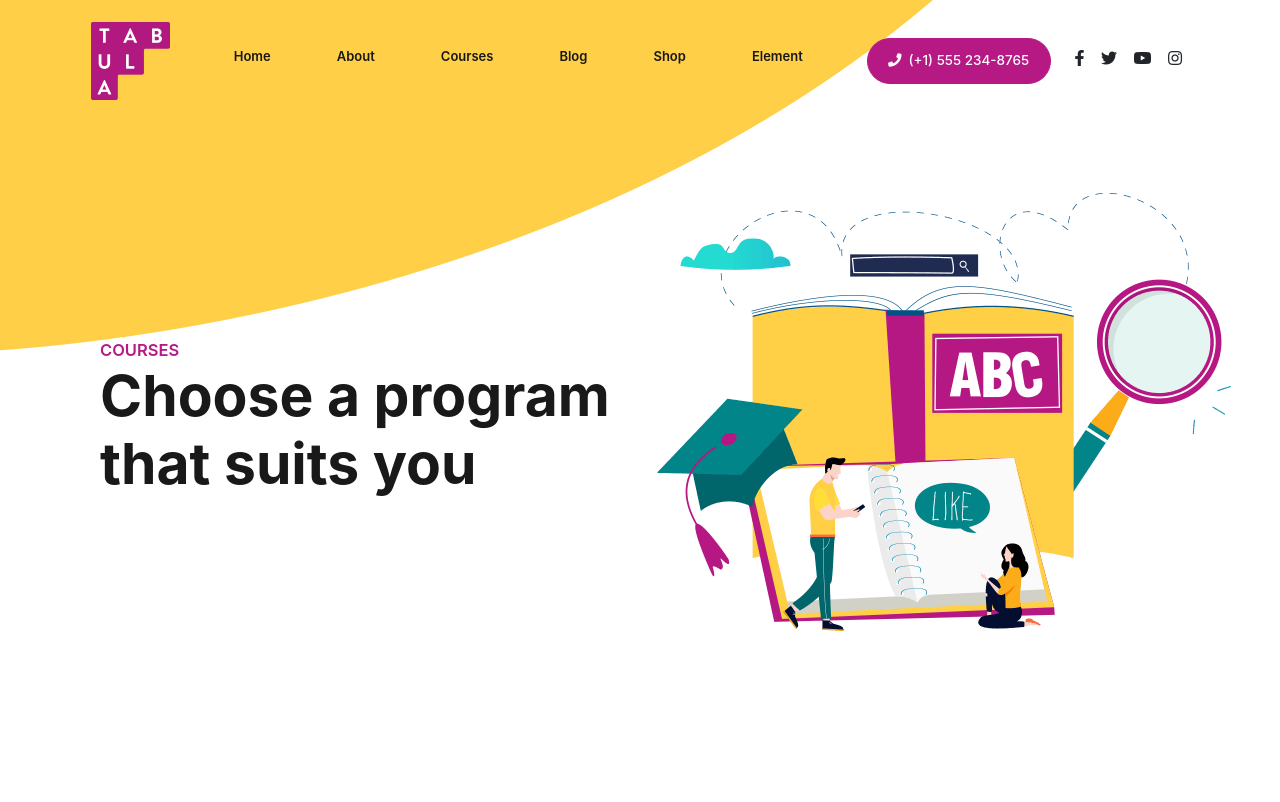
Repository: Khanh1234-glitch/TruongNguyenBaoKhanh_BC22_assignment__tabula
Page: Tabula/index.html
The author's editor kept a copy of each file at every save. The page is drawn from the files as they stood at one save, then again after the next save.
The browser window is 1280 px wide. The pictures show the whole page.
The style sheet was rebuilt from its Sass, Less or Tailwind sources for each picture, by a compiler version that may differ from the author's.

Above is the page before, as saved 2022-04-16 09:51:27.

### Tabula/index.html
<!doctype html>
<html lang="en">

<head>
    <title>Title</title>
    <!-- Required meta tags -->
    <meta charset="utf-8">
    <meta name="viewport" content="width=device-width, initial-scale=1, shrink-to-fit=no">
    <!-- link css -->
    <link rel="stylesheet" href="./css/style.css">
    <!-- link fontawesome -->
    <link rel="stylesheet" href="https://cdnjs.cloudflare.com/ajax/libs/font-awesome/5.15.4/css/all.min.css">
    <!-- Bootstrap CSS -->
    <link rel="stylesheet" href="https://stackpath.bootstrapcdn.com/bootstrap/4.3.1/css/bootstrap.min.css" integrity="sha384-ggOyR0iXCbMQv3Xipma34MD+dH/1fQ784/j6cY/iJTQUOhcWr7x9JvoRxT2MZw1T" crossorigin="anonymous">
</head>

<body>
    <header>
        <nav class="navbar container navbar-expand-md navbar-dark">
            <!-- Toggler/collapsibe Button -->
            <button class="navbar-toggler" type="button" data-toggle="collapse" data-target="#collapsibleNavbar">
                <span class="navbar-toggler-icon"></span>
            </button>
            <!-- Brand -->
            <img src="./img/crest.png" alt="">
            <!-- Navbar links -->
            <div class="collapse navbar-collapse " id="collapsibleNavbar">
                <ul class="navbar-nav ml-auto">
                    <li class="nav-item">
                        <a class="nav-link" href="#">Home</a>
                    </li>
                    <li class="nav-item">
                        <a class="nav-link" href="#">About</a>
                    </li>
                    <li class="nav-item">
                        <a class="nav-link" href="#">Courses</a>
                    </li>
                    <li class="nav-item">
                        <a class="nav-link" href="#">Blog</a>
                    </li>
                    <li class="nav-item">
                        <a class="nav-link" href="#">Shop</a>
                    </li>
                    <li class="nav-item">
                        <a class="nav-link" href="#">Element</a>
                    </li>
                    <li class="button">
                        <button class="btn-header"><i style="margin-right:7px;" class="fa fa-phone"></i> (+1) 555 234-8765</button>
                    </li>
                    <li class="nav-item" style="margin-top:10px">
                        <i class="fab fa-facebook-f"></i>
                        <i class="fab fa-twitter"></i>
                        <i class="fab fa-youtube"></i>
                        <i class="fab fa-instagram"></i>
                    </li>
                </ul>
            </div>
        </nav>
        <div class="hero-book container">
            <div class="text-left col-xl-6">
                <span>COURSES</span>
                <h1>Choose a program that suits you</h1>
            </div>
            <div class="img-right col-xl-6">
                <img src="./img/hero_books.png" alt="">
            </div>
        </div>
    </header>
    <!-- Optional JavaScript -->
    <!-- jQuery first, then Popper.js, then Bootstrap JS -->
    <script src="https://code.jquery.com/jquery-3.3.1.slim.min.js" integrity="sha384-q8i/X+965DzO0rT7abK41JStQIAqVgRVzpbzo5smXKp4YfRvH+8abtTE1Pi6jizo" crossorigin="anonymous"></script>
    <script src="https://cdnjs.cloudflare.com/ajax/libs/popper.js/1.14.7/umd/popper.min.js" integrity="sha384-UO2eT0CpHqdSJQ6hJty5KVphtPhzWj9WO1clHTMGa3JDZwrnQq4sF86dIHNDz0W1" crossorigin="anonymous"></script>
    <script src="https://stackpath.bootstrapcdn.com/bootstrap/4.3.1/js/bootstrap.min.js" integrity="sha384-JjSmVgyd0p3pXB1rRibZUAYoIIy6OrQ6VrjIEaFf/nJGzIxFDsf4x0xIM+B07jRM" crossorigin="anonymous"></script>
</body>

</html>

### Tabula/Sass/style.scss
@import "./helper/mixin";
@import "./helper/variable";
@import "./Component/navbar";
@import "./Component/button";
@import "./Component/social";
@import "./Component/herobook";

### Tabula/Sass/helper/_mixin.scss
@mixin content($fs, $fw, $color) {
    font-size: $fs;
    font-weight: $fw;
    background-color: $color;
}

@mixin content2($fs, $fw, $color) {
    font-size: $fs;
    font-weight: $fw;
    color: $color;
}

### Tabula/Sass/helper/_variable.scss
//color
$color:#e6afd4;
$color2:#181818;
$color3:#b61984 !important;
$color4:#191919;
//font weight
$fw-1:500;
$fw-2:600;
$fw-3:700;
$fw-4:800;
//font-size
$fs-1:13px;
$fs-2:57px;
$fs-3:16.5px;
$fs-4:14.625px;
$fs-5:13.125px;
$fs-6:13.5px;
$fs-7:16.5px;

### Tabula/Sass/Component/_navbar.scss
body {
    background: url("./../../img/yellow_top_wave_01.png");
    background-repeat: no-repeat;
    header {
        .navbar-nav {
            .nav-item {
                a {
                    @include content2($fs-1,
                    $fw-2,
                    $color2);
                    line-height: 80px;
                    margin-right: 50px;
                    color: $color2 !important;
                    transition: all 0.5s;
                    &::after {
                        content: "";
                        width: 10px;
                        height: 10px;
                        margin-left: 7px;
                        border-radius: 100%;
                        display: block;
                        background-color: $color3;
                        transition: all 0.5s;
                        transform: scaleX(0);
                    }
                    &:hover {
                        color: $color3;
                        &::after {
                            transform: scaleX(1);
                        }
                    }
                }
            }
        }
    }
}

### Tabula/Sass/Component/_button.scss
    .navbar-nav {
        .button {
            display: flex;
            align-items: center;
            margin-right: 18px;
            button {
                @include content($fs-6, $fw-1, $color3);
                align-items: center;
                border-radius: 50px;
                display: flex;
                justify-content: center;
                line-height: 13.5px;
                margin: 6px;
                padding: 14.85px 20.25px;
                text-align: center;
                color: #fff;
                border: 1px solid $color3;
                transition: all 0.5s;
                &:hover {
                    border: 1px solid $color3;
                    background-color: #fff !important;
                    color: $color3;
                }
            }
        }
    }

### Tabula/Sass/Component/_social.scss
.navbar-nav {
    .nav-item {
        i {
            margin-right: 12px;
            line-height: 80px;
            cursor: pointer;
            transition: all 0.5s;
            &:hover {
                color: $color3;
            }
        }
    }
}

### Tabula/Sass/Component/_herobook.scss
.hero-book {
    display: flex;
    .text-left {
        margin-top: 216px;
        span {
            @include content2($fs-7, $fw-2, $color3);
            line-height: 19.8px;
        }
        h1 {
            @include content2($fs-2, $fw-3, $color4);
            line-height: 68.4px;
        }
    }
    .img-right {
        margin-bottom: 100px;
    }
}

After the next save:
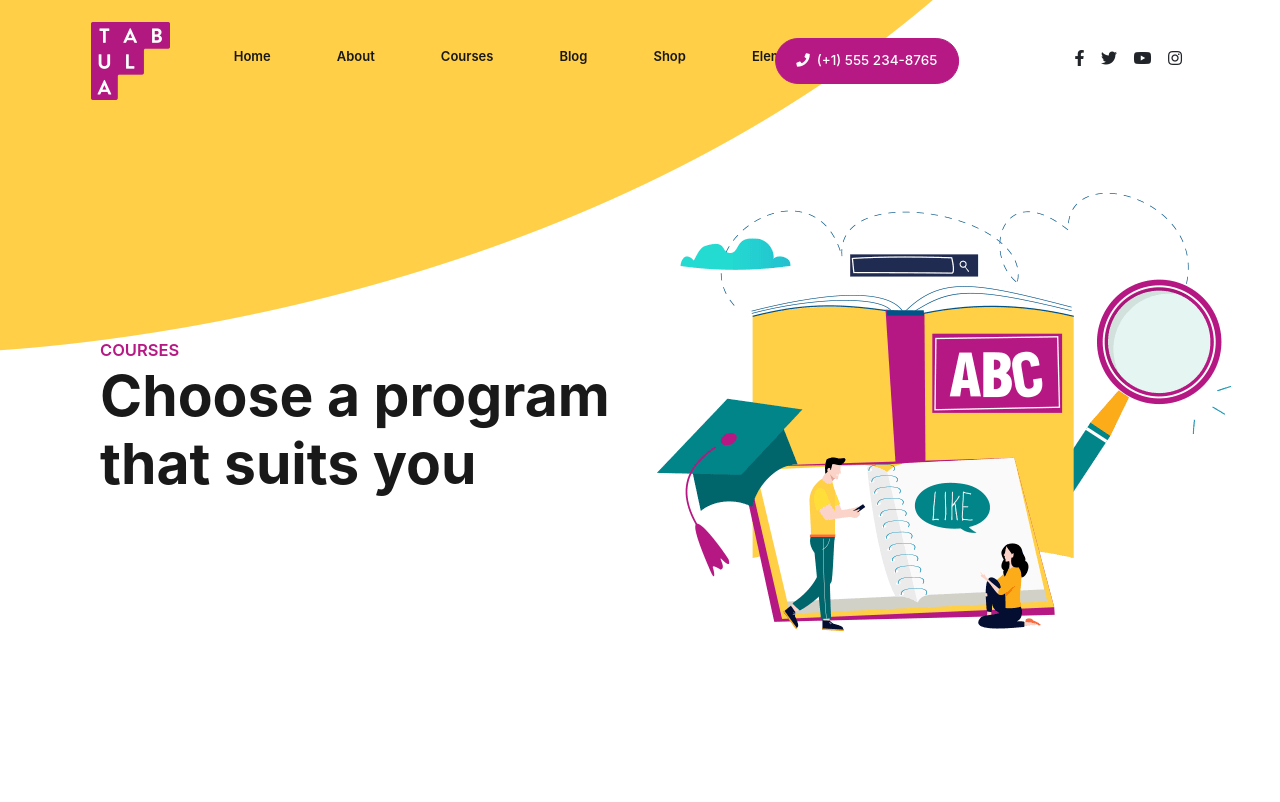
Saved 6 s later.
--- a/Tabula/Sass/Component/_button.scss
+++ b/Tabula/Sass/Component/_button.scss
@@ -16,6 +16,7 @@
                 color: #fff;
                 border: 1px solid $color3;
                 transition: all 0.5s;
+                transform: translate(-50%, 0);
                 &:hover {
                     border: 1px solid $color3;
                     background-color: #fff !important;

After the save that followed:
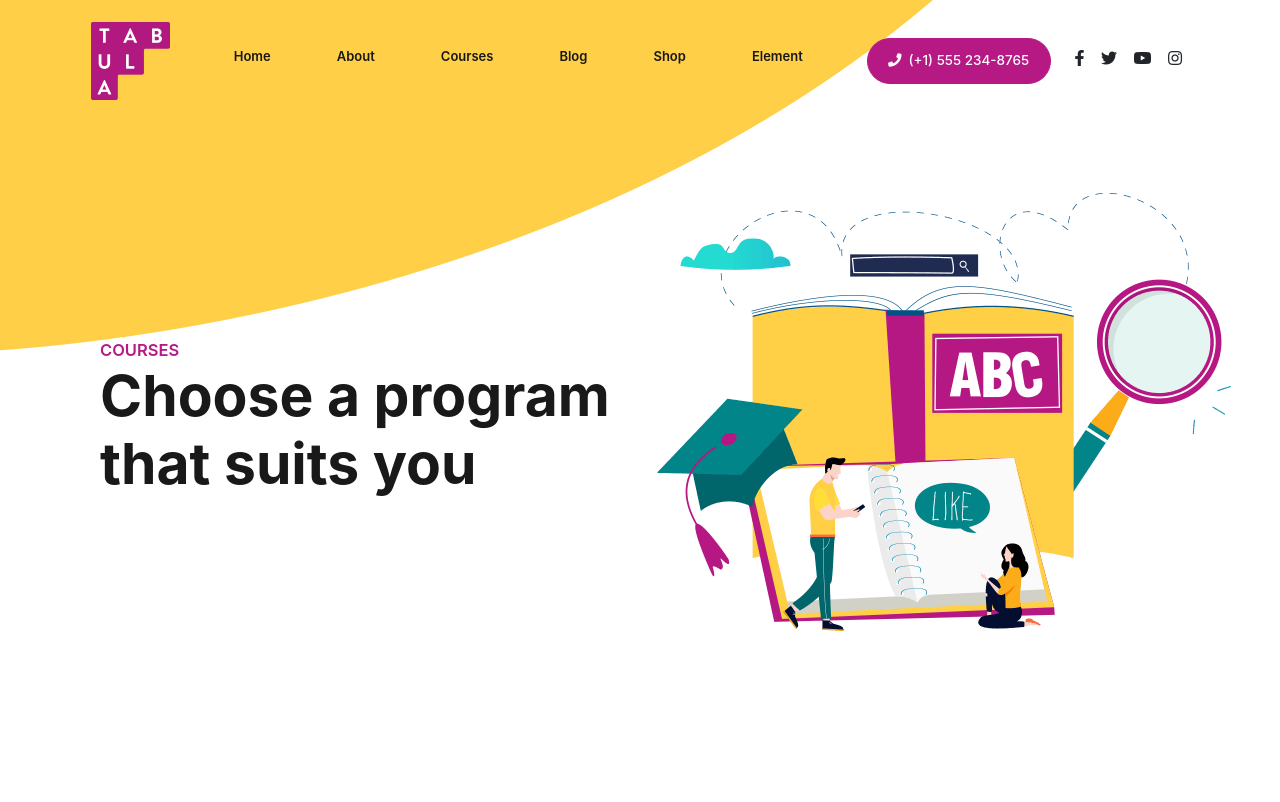
Saved 6 s later.
--- a/Tabula/Sass/Component/_button.scss
+++ b/Tabula/Sass/Component/_button.scss
@@ -16,7 +16,6 @@
                 color: #fff;
                 border: 1px solid $color3;
                 transition: all 0.5s;
-                transform: translate(-50%, 0);
                 &:hover {
                     border: 1px solid $color3;
                     background-color: #fff !important;
